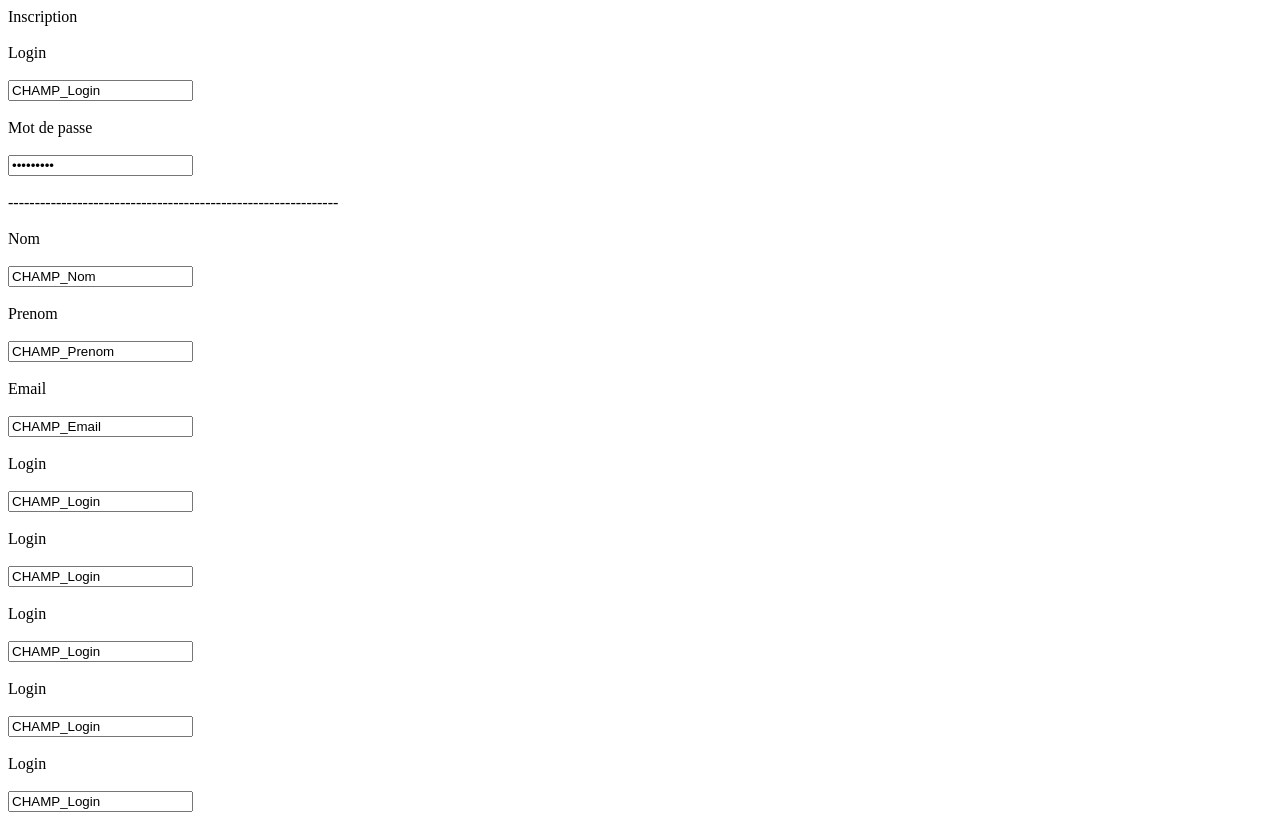
Repository: AntoAnt/WikiScolaire-
Page: http://localhost/InterfaceWikiScolair/Inscription.jsp
These files come from the project's save history. The page is drawn as it stood at one moment and after the next save; the edit follows.
The browser window is 1280 px wide. The pictures show the whole page.
The page is served by Tomcat 9. Other server files are loaded and not shown.

Above is the page before, as saved 2017-04-18 15:04:10.

### InterfaceWikiScolair/WebContent/Inscription.jsp
<%@ page language="java" contentType="text/html; charset=ISO-8859-1"
    pageEncoding="ISO-8859-1"%>
<!DOCTYPE html PUBLIC "-//W3C//DTD HTML 4.01 Transitional//EN" "http://www.w3.org/TR/html4/loose.dtd">
<html>
<head>
<meta http-equiv="Content-Type" content="text/html; charset=ISO-8859-1">
<title>Inscription</title>
</head>
<body>
Inscription<br></br>
Login<br></br>
<input type="text" value="CHAMP_Login" ><br></br>
Mot de passe <br></br>
<input type="password" value="CHAMP_Mdp" ><br></br>
--------------------------------------------------------------<br></br>
Nom<br></br>
<input type="text" value="CHAMP_Nom" ><br></br>
Prenom<br></br>
<input type="text" value="CHAMP_Prenom" ><br></br>
Email<br></br>
<input type="text" value="CHAMP_Email" ><br></br>
Login<br></br>
<input type="text" value="CHAMP_Login" ><br></br>
Login<br></br>
<input type="text" value="CHAMP_Login" ><br></br>
Login<br></br>
<input type="text" value="CHAMP_Login" ><br></br>
Login<br></br>
<input type="text" value="CHAMP_Login" ><br></br>
Login<br></br>
<input type="text" value="CHAMP_Login" ><br></br>

</body>
</html>

After the next save:
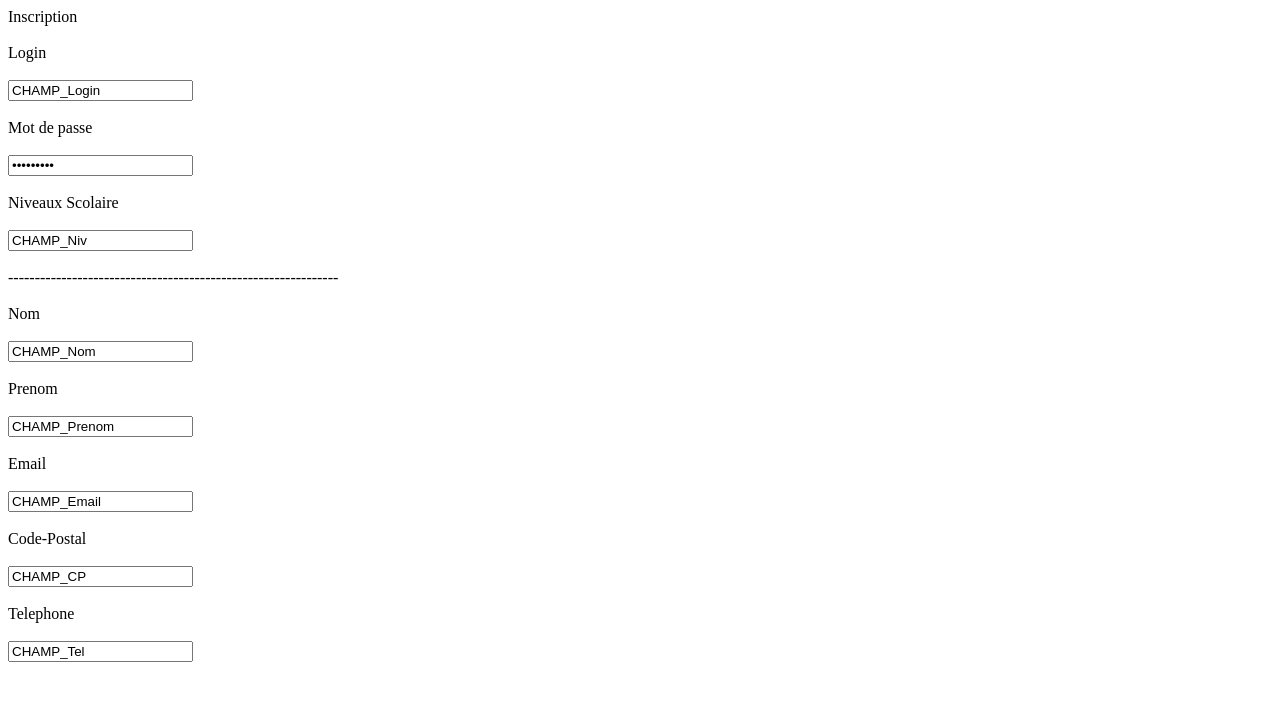
Saved 2 min 12 s later.
--- a/InterfaceWikiScolair/WebContent/Inscription.jsp
+++ b/InterfaceWikiScolair/WebContent/Inscription.jsp
@@ -12,6 +12,8 @@ Login<br></br>
 <input type="text" value="CHAMP_Login" ><br></br>
 Mot de passe <br></br>
 <input type="password" value="CHAMP_Mdp" ><br></br>
+Niveaux Scolaire<br></br>
+<input type="text" value="CHAMP_Niv" ><br></br>
 --------------------------------------------------------------<br></br>
 Nom<br></br>
 <input type="text" value="CHAMP_Nom" ><br></br>
@@ -19,16 +21,11 @@ Prenom<br></br>
 <input type="text" value="CHAMP_Prenom" ><br></br>
 Email<br></br>
 <input type="text" value="CHAMP_Email" ><br></br>
-Login<br></br>
-<input type="text" value="CHAMP_Login" ><br></br>
-Login<br></br>
-<input type="text" value="CHAMP_Login" ><br></br>
-Login<br></br>
-<input type="text" value="CHAMP_Login" ><br></br>
-Login<br></br>
-<input type="text" value="CHAMP_Login" ><br></br>
-Login<br></br>
-<input type="text" value="CHAMP_Login" ><br></br>
+Code-Postal<br></br>
+<input type="text" value="CHAMP_CP" ><br></br>
+Telephone<br></br>
+<input type="text" value="CHAMP_Tel" ><br></br>
+
 
 </body>
 </html>
